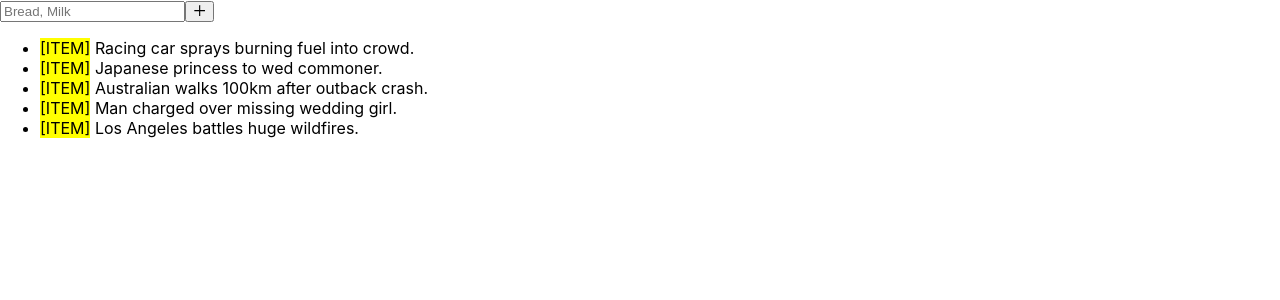
Repository: Luigi-ai-creator/Todo_react
Page: /
An editor plug-in stored every save of this project. The page is shown before and after the next save, followed by the edit.
The browser window is 1280 px wide. The pictures show the whole page.
The project was rebuilt for these pictures with package versions that can differ from the ones it lists, and the page was loaded fresh each time. Also part of the build but not shown: src/App.css.

Above is the page before, as saved 2021-01-22 15:27:30.

After the next save:
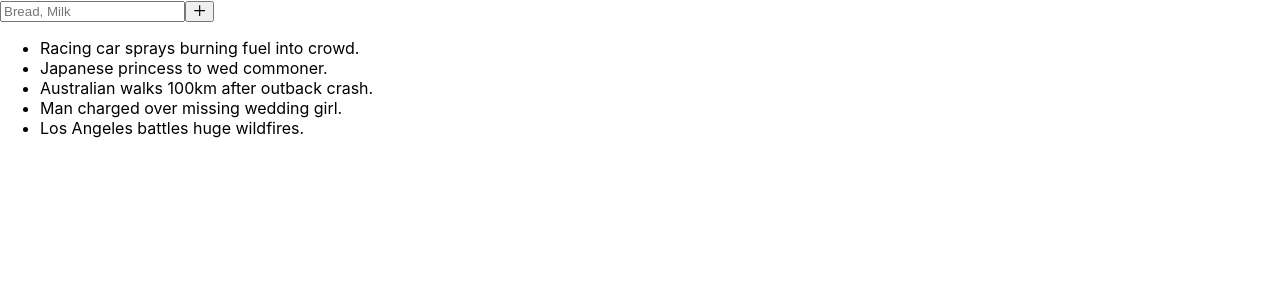
Saved 44 s later.
--- a/src/Components/ListToDo/ListToDo.js
+++ b/src/Components/ListToDo/ListToDo.js
@@ -18,7 +18,7 @@ const ListToDo = () => {
       dataSource={data}
       renderItem={item => (
         <List.Item>
-          <Typography.Text mark>[ITEM]</Typography.Text> {item}
+            {item}
         </List.Item>
       )}
     />
